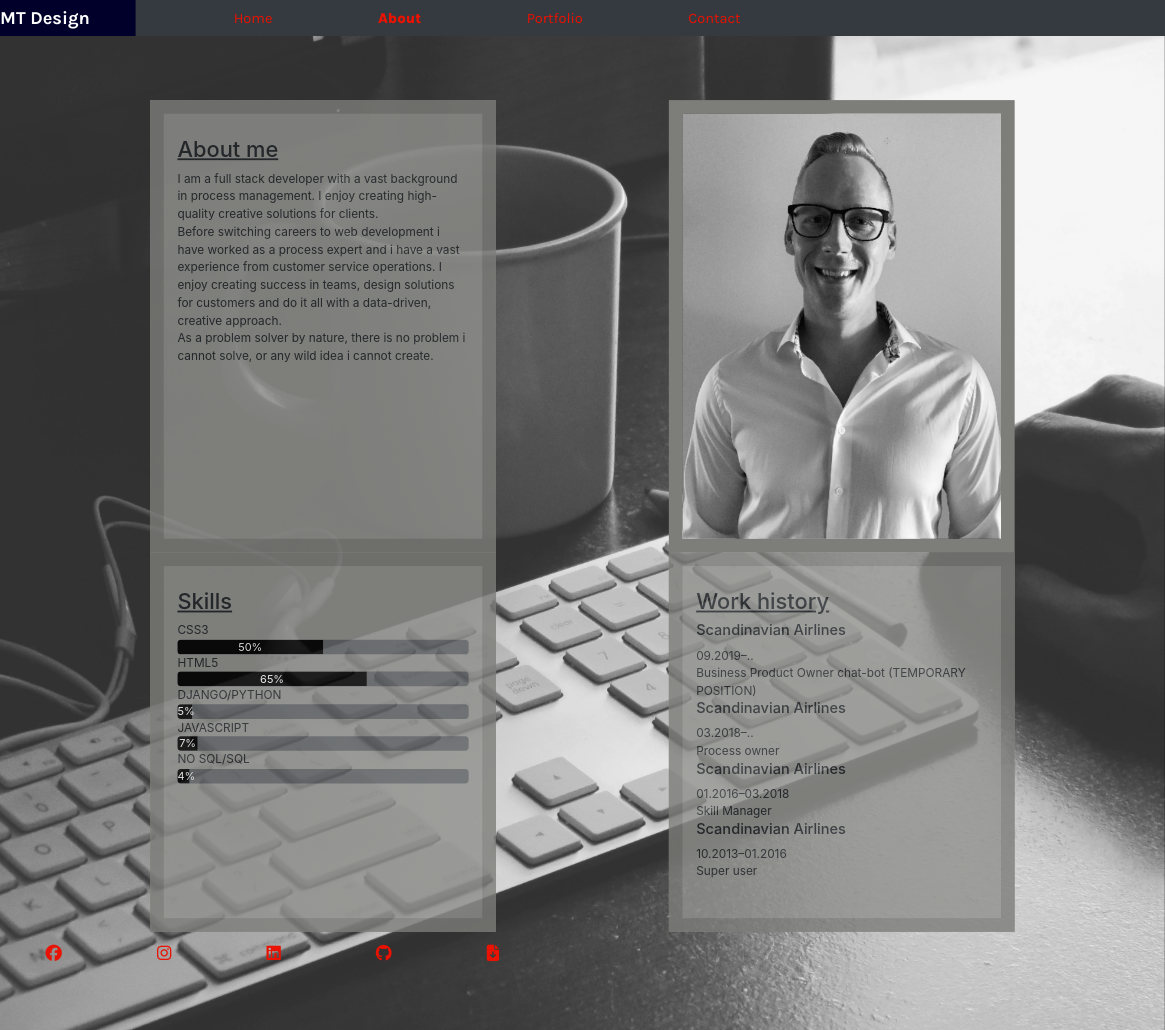
Repository: teppm/personal-portfolio
Page: aboutme.html
The author's editor kept a record of every edit. The page is drawn from the files as they stood at one moment, then again after the next edit.
The browser window is 1280 px wide. The pictures show the whole page, at 91% of full size.
Some web libraries are served in a nearby version.

Above is the page before.

After the next edit:
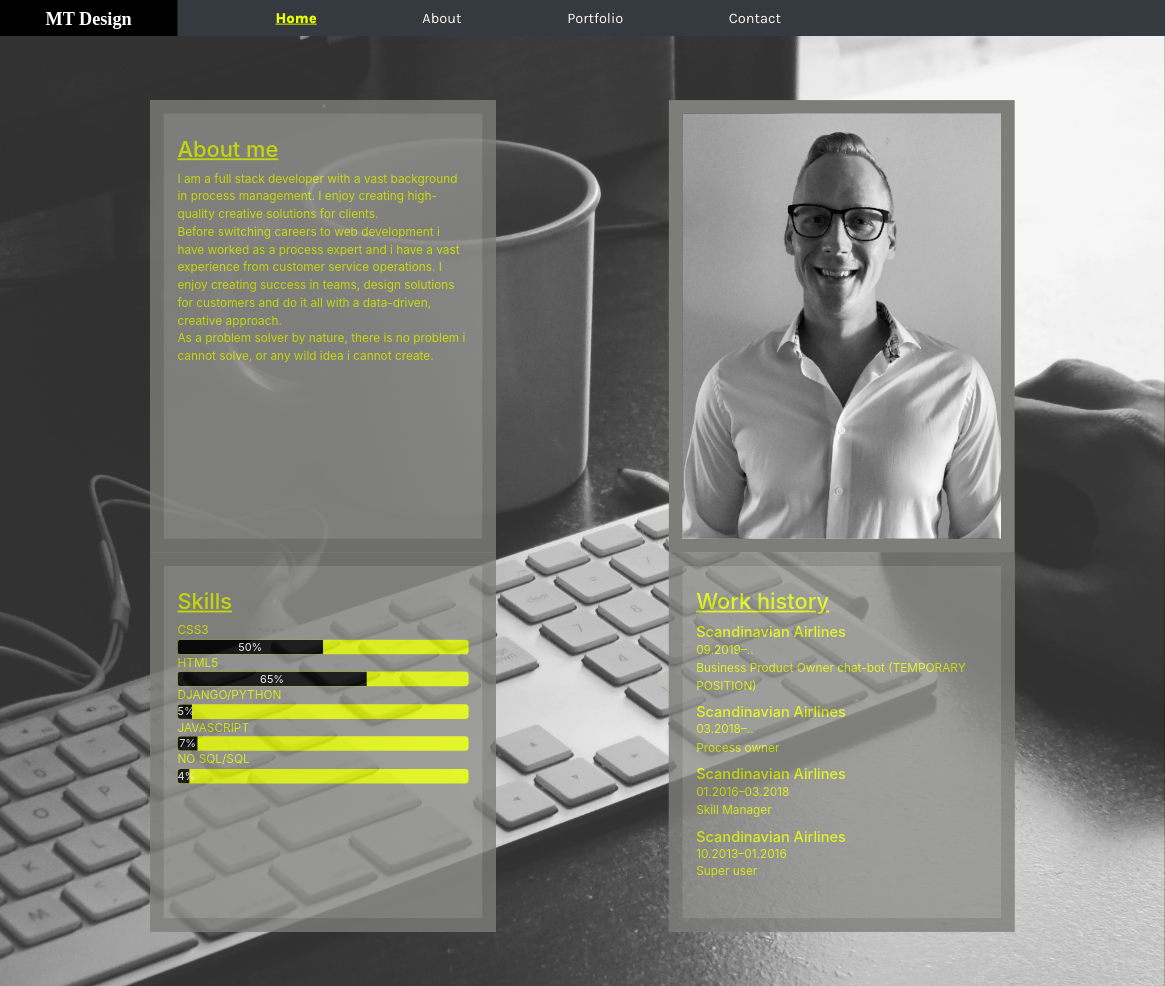
The edit:
--- a/aboutme.html
+++ b/aboutme.html
@@ -1,19 +1,17 @@
-<!DOCTYPE html>
-<html lang="en">
-
 <head>
     <meta charset="UTF-8">
-    <meta name="viewport" content="width=device-width, initial-scale=1.0, shrink-to-fit=no" ">
-    <meta http-equiv="X-UA-Compatible " content="ie=edge ">
-    <link rel="stylesheet " href="https://stackpath.bootstrapcdn.com/bootstrap/4.3.1/css/bootstrap.min.css " integrity="sha384-ggOyR0iXCbMQv3Xipma34MD+dH/1fQ784/j6cY/iJTQUOhcWr7x9JvoRxT2MZw1T " crossorigin="anonymous ">
-    <script src="https://kit.fontawesome.com/adecd2bab8.js "></script>
-    <link href="https://fonts.googleapis.com/css?family=Karla:200,200i,400,400i,700,700i,800,800i&display=swap " rel="stylesheet ">
-    <link rel="stylesheet " href="css/style.css " type="text/css " />
+    <meta name="viewport" content="width=device-width, initial-scale=1.0, shrink-to-fit=no">
+    <meta http-equiv="X-UA-Compatible" content="ie=edge">
+    <link rel="stylesheet " href="https://stackpath.bootstrapcdn.com/bootstrap/4.3.1/css/bootstrap.min.css" integrity="sha384-ggOyR0iXCbMQv3Xipma34MD+dH/1fQ784/j6cY/iJTQUOhcWr7x9JvoRxT2MZw1T" crossorigin="anonymous">
+    <link href="https://fonts.googleapis.com/css?family=Karla:200,200i,400,400i,700,700i,800,800i&display=swap" rel="stylesheet">
+    <link rel="stylesheet" href="assets/css/style.css" type="text/css" />
     <title>Madis Tepp</title>
 </head>
 
 
 <body>
+
+<!--navbar-->
 
 <nav class="navbar navbar-expand-lg fixed-top navbar-dark bg-dark">
     <a class="navbar-brand" href="index.html">MT Design</a>
@@ -23,11 +21,11 @@
 
     <div class="collapse navbar-collapse" id="navbarSupportedContent">
         <ul class="navbar-nav mr-auto">
-            <li class="nav-item">
-                <a class="nav-link" href="index.html">Home</a>
+            <li class="nav-item  active">
+                <a class="nav-link" href="index.html">Home<span class="sr-only">(current)</span></a>
             </li>
-            <li class="nav-item active">
-                <a class="nav-link" href="aboutme.html">About<span class="sr-only">(current)</span></a>
+            <li class="nav-item ">
+                <a class="nav-link" href="aboutme.html">About</a>
             </li>
             <li class="nav-item">
                 <a class="nav-link" href="portfolio.html">Portfolio</a>
@@ -38,6 +36,8 @@
         </ul>
     </div>
 </nav>
+
+<!--navbar end-->
 
 
 
